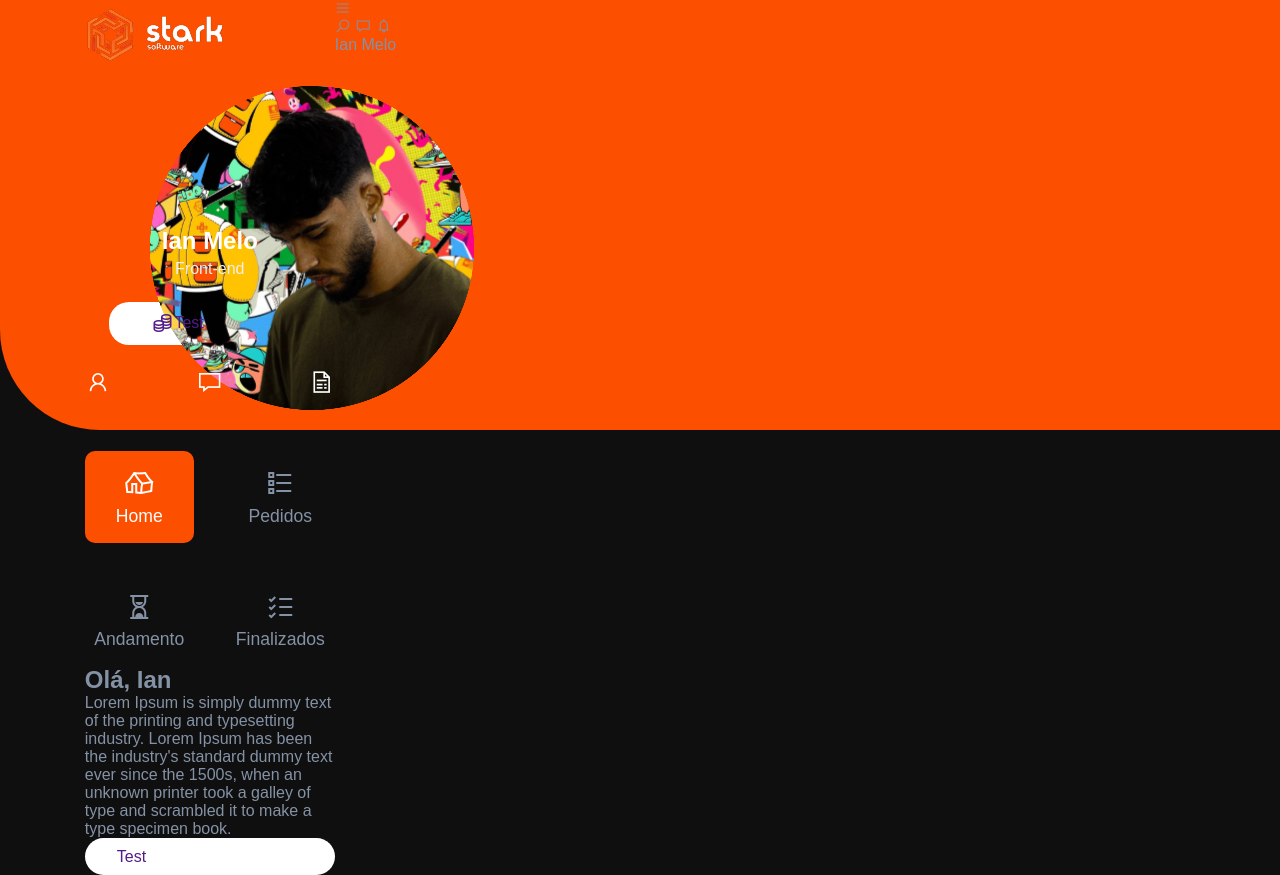
Repository: ichumbo/StarkDashboard
Page: index.html
These files come from the project's save history. The page is drawn as it stood at one moment and after the next save; the edit follows.
The browser window is 1280 px wide. The pictures show the whole page.
Pictures or frames that could not be fetched are drawn as grey boxes.

Above is the page before, as saved 2023-06-06 19:05:24.

After the next save:
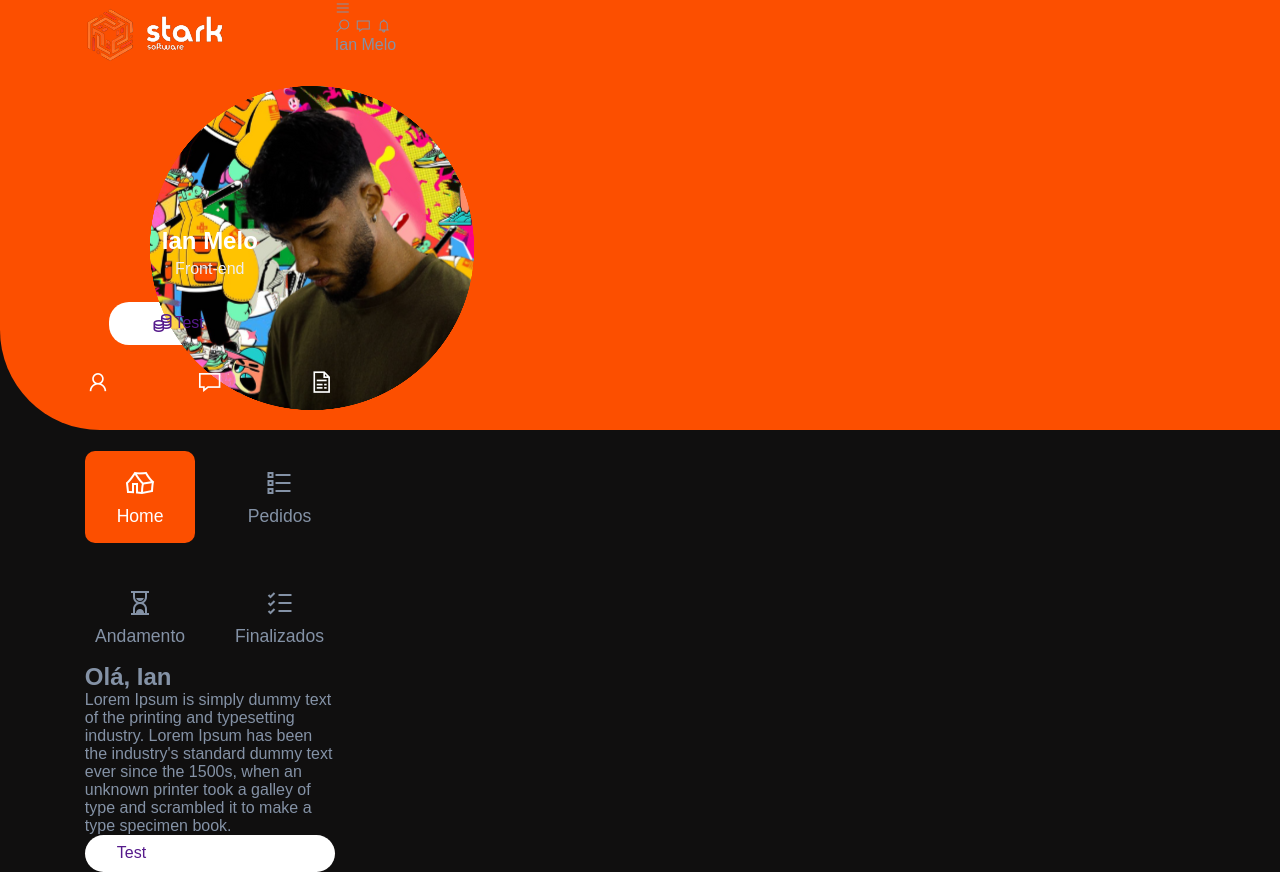
Saved 38 s later.
--- a/css/sidebar.css
+++ b/css/sidebar.css
@@ -66,7 +66,7 @@
 .sidebar-menu {
     display: grid;
     grid-template-columns: repeat(2, 1fr);
-    grid-gap: 2rem;
+    grid-gap: 1.8rem;
 }
 
 .menu-item a {
